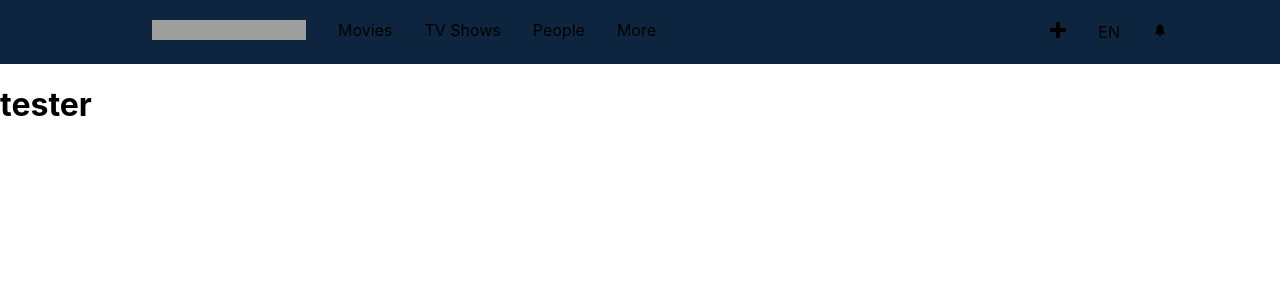
Repository: Fauzaanmhmd/qnpTesFrontend
Page: /
These files come from the project's save history. The page is drawn as it stood at one moment and after the next save; the edit follows.
The browser window is 1280 px wide. The pictures show the whole page.
Pictures or frames that could not be fetched are drawn as grey boxes. The page's requests for data from a server got no answer. The project was rebuilt for these pictures with package versions that can differ from the ones it lists, and the page was loaded fresh each time. The framework's server and built-in components were replaced by stand-ins that run in the browser. No one was signed in, and anything a server would have sent is missing. Also part of the build but not shown: next.config.js, styles/Moviecard.module.scss, pages/components/Moviecard.tsx.

Above is the page before, as saved 2022-03-17 14:40:49.

After the next save:
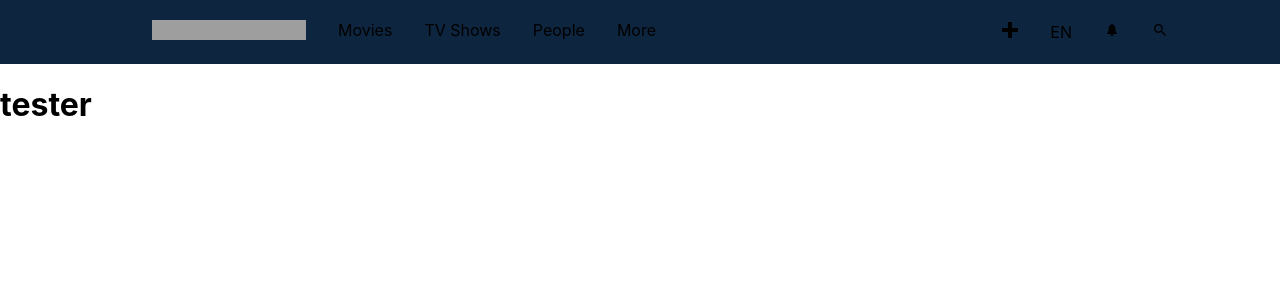
Saved 3 min 22 s later.
--- a/pages/components/Navbar.tsx
+++ b/pages/components/Navbar.tsx
@@ -73,6 +73,13 @@
                             </ul>
                         </div>
                     </li>
+                    <li><a><IoMdSearch /></a>
+                        <div className={styles.Submenu}>
+                            <ul>
+                                <li><p>Unread Notifications</p></li>
+                            </ul>
+                        </div>
+                    </li>
                 </ul>
             </div>
         </div>
